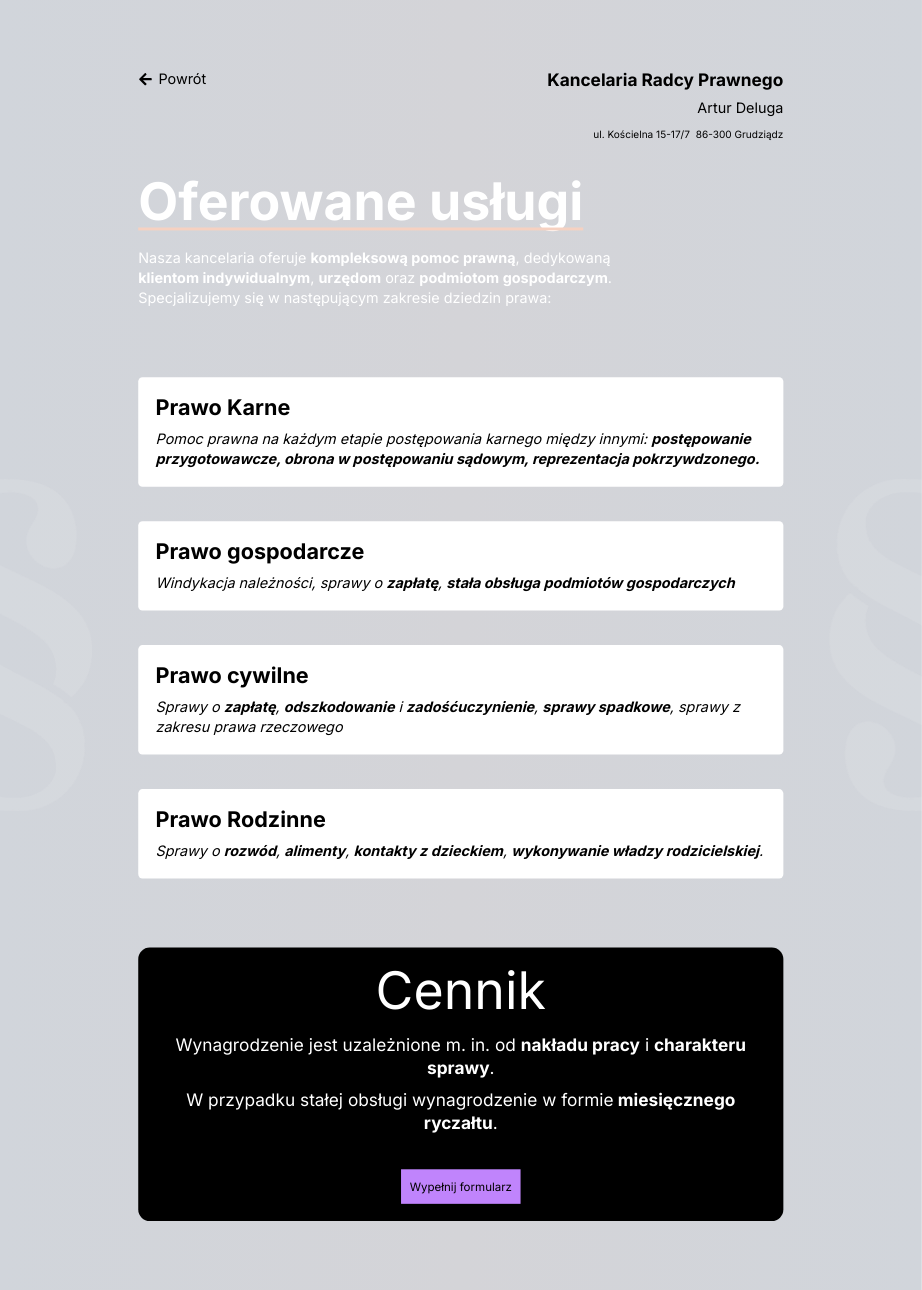
Repository: wesiudev/kancelaria-artur-deluga
Page: /oferta
These files come from the project's save history. The page is drawn as it stood at one moment and after the next save; the edit follows.
The browser window is 1280 px wide. The pictures show the whole page, at 72% of full size.
The project was rebuilt for these pictures with package versions that can differ from the ones it lists, and the page was loaded fresh each time. The framework's server and built-in components were replaced by stand-ins that run in the browser. Also part of the build but not shown: next.config.js.

Above is the page before, as saved 2023-08-09 16:39:24.

### app/layout.tsx
import "./globals.css";
import type { Metadata } from "next";
import { Inter } from "next/font/google";

const inter = Inter({ subsets: ["latin"] });

export const metadata: Metadata = {
  title: "Kancelaria Radcy Prawnego Artur Deluga",
  description:
    "Kancelaria Radcy Prawnego Grudziądz Prawo Karne, Pracwo cywilne, Prawo gospodarcze, Prawo Rodzinne. ul. Kościelna 15-17/7 86-300 Grudziądz. Pomoc prawna na każdym etapie postępowania karnego (postępowanie przygotowawcze, obrona w postępowaniu sądowym, reprezentacja pokrzywdzonego, etc.)",
  viewport: "width=device-width, initial-scale=1",
  icons: {
    icon: "/favicon.png",
  },
};

export default function RootLayout({
  children,
}: {
  children: React.ReactNode;
}) {
  return (
    <html lang="pl" className="scroll-smooth ">
      <body className={inter.className}>{children}</body>
    </html>
  );
}

### app/oferta/page.tsx
"use client";
import Image from "next/image";
import paragraphImage from "@/app/assets/paragraph.png";
import Link from "next/link";
import { FaArrowLeft } from "react-icons/fa";
import { useState } from "react";
const sendContactForm = async (data: any) =>
  fetch("/api/mail", {
    method: "POST",
    body: JSON.stringify(data),
    headers: { "Content-Type": "application/json", Accept: "application/json" },
  }).then((res) => {
    if (!res.ok) throw new Error("Failed to send message");
    return res.json();
  });

export default function OfferMobile() {
  const [isContactOpen, setContactOpen] = useState(false);
  const [firstName, setFirstName] = useState<string>("");
  const [email, setEmail] = useState<string>("");
  const [message, setMessage] = useState<string>("");

  const onSubmit = async () => {
    try {
      await sendContactForm({
        firstName: firstName,
        email: email,
        message: message,
      });
    } catch (error) {}
  };
  return (
    <div className="w-full mx-auto z-[2000] bg-gradient-to-r from-gray-300 via-zinc-300 to-gray-300 overflow-x-hidden text-black">
      <div className="flex flex-col space-x-[100px] min-h-screen items-center py-24">
        <div className="flex flex-col w-[85vw] lg:w-[70vw] 2xl:w-[60vw] min-h-screen justify-center ">
          <Image
            src={paragraphImage}
            alt="Paragraf obrazek w tle"
            width={224}
            height={224}
            className="fixed opacity-10 -left-24 "
          />
          <Image
            src={paragraphImage}
            alt="Paragraf obrazek w tle"
            width={224}
            height={224}
            className="fixed opacity-10 -right-24 rotate-180"
          />
          <div className="flex flex-col justify-between w-full">
            <div className="flex flex-row justify-between">
              <div className="w-1/2">
                <Link
                  className="group flex flex-row items-center mb-12 text-xl w-max"
                  href="/"
                >
                  <FaArrowLeft className="mr-2" />
                  <span className="hover:underline hover:underline-offset-4">
                    {" "}
                    Powrót
                  </span>
                </Link>
              </div>
              <div>
                <h1 className="text-xl lg:text-2xl text-right sm:text-left font-bold">
                  Kancelaria Radcy Prawnego
                </h1>
                <div className="w-full flex justify-end">
                  <h2 className="text-xl mb-12 lg:mb-0 mt-2">Artur Deluga</h2>
                </div>
                <div
                  className={` flex-row space-x-2 text-sm justify-end mt-3 mb-12 hidden lg:flex`}
                >
                  <div>ul. Kościelna 15-17/7</div>
                  <div>86-300 Grudziądz</div>
                </div>
              </div>
            </div>

            <div className=" rounded-2xl  text-white">
              <div className="w-max">
                <h1 className="w-max text-4xl md:text-5xl lg:text-7xl  font-bold">
                  Oferowane usługi
                </h1>
                <div className="h-1 w-full mb-6 bg-rose-200 hue-rotate-30" />
              </div>

              <h2 className="text-left text-xl w-full lg:w-3/4 ">
                Nasza kancelaria oferuje{" "}
                <span className="font-bold"> kompleksową pomoc prawną</span>,
                dedykowaną{" "}
                <span className="font-bold">klientom indywidualnym</span>,{" "}
                <span className="font-bold">urzędom</span> oraz{" "}
                <span className="font-bold">podmiotom gospodarczym</span>.
                Specjalizujemy się w następującym zakresie dziedzin prawa:
              </h2>
            </div>
          </div>
          <div className="relative text-black flex flex-col space-y-12 mt-24">
            <div className="max-h-[50vh] border-0 hover:scale-105 duration-300 hover:bg-opacity-100 cursor-default  rounded-md bg-white  flex flex-col p-6 justify-between">
              <h1 className="text-xl lg:text-3xl font-bold">Prawo Karne</h1>
              <p className="text-sm sm:text-xl mt-3 italic">
                Pomoc prawna na każdym etapie postępowania karnego między
                innymi:{" "}
                <span className="font-bold">
                  postępowanie przygotowawcze, obrona w postępowaniu sądowym,
                  reprezentacja pokrzywdzonego.
                </span>
              </p>
            </div>
            <div className="max-h-[50vh] border-0 hover:scale-105 duration-300 hover:bg-opacity-100 cursor-default  rounded-md bg-white  flex flex-col justify-between p-6">
              <h1 className="text-xl lg:text-3xl font-bold">
                Prawo gospodarcze
              </h1>
              <p className="text-sm sm:text-xl mt-3 italic">
                Windykacja należności, sprawy o{" "}
                <span className="font-bold">zapłatę</span>,{" "}
                <span className="font-bold">
                  stała obsługa podmiotów gospodarczych
                </span>
              </p>
            </div>

            <div className="max-h-[50vh] border-0 hover:scale-105 duration-300 hover:bg-opacity-100 cursor-default rounded-md bg-white  flex flex-col p-6 justify-between">
              <h1 className="text-xl lg:text-3xl font-bold">Prawo cywilne</h1>
              <p className="text-sm sm:text-xl mt-3 italic">
                Sprawy o <span className="font-bold">zapłatę</span>,{" "}
                <span className="font-bold">odszkodowanie</span> i{" "}
                <span className="font-bold">zadośćuczynienie</span>,{" "}
                <span className="font-bold">sprawy spadkowe</span>, sprawy z
                zakresu prawa rzeczowego
              </p>
            </div>
            <div className="max-h-[50vh] border-0 hover:scale-105 duration-300 hover:bg-opacity-100 cursor-default rounded-md  bg-white  flex flex-col p-6 justify-between">
              <h1 className="text-xl lg:text-3xl font-bold">Prawo Rodzinne</h1>
              <p className="text-sm sm:text-xl mt-3 italic">
                Sprawy o <span className="font-bold">rozwód</span>,{" "}
                <span className="font-bold">alimenty</span>,{" "}
                <span className="font-bold">kontakty z dzieckiem</span>,{" "}
                <span className="font-bold">
                  wykonywanie władzy rodzicielskiej
                </span>
                .
              </p>
            </div>
          </div>
          <div className="text-white flex flex-col h-max my-auto px-3 lg:px-12  text-center relative w-full mt-12  lg:mx-auto lg:mt-24 bg-black  lg:py-6 rounded-2xl">
            <h1 className="text-5xl lg:text-7xl ">Cennik</h1>
            <p className="mt-6 text-base lg:text-2xl">
              Wynagrodzenie jest uzależnione m. in. od{" "}
              <span className="font-bold"> nakładu pracy</span> i{" "}
              <span className="font-bold">charakteru sprawy</span>.
            </p>
            <p className="mt-3 text-sm lg:text-2xl">
              W przypadku stałej obsługi wynagrodzenie w formie
              <span className="font-bold"> miesięcznego ryczałtu</span>.
            </p>
            <button
              onClick={() => setContactOpen(true)}
              className=" p-3 bg-purple-400 hover:bg-purple-300 duration-300 text-black mt-12 w-max mx-auto"
            >
              Wypełnij formularz
            </button>
          </div>
          <div
            className={` flex-row space-x-2 text-sm justify-center mt-12 flex lg:hidden z-[1000]`}
          >
            <div>ul. Kościelna 15-17/7</div>
            <div>86-300 Grudziądz</div>
          </div>
        </div>
      </div>
      <div
        className={`w-[80vw] fixed left-[50%] -translate-x-[50%] top-[50%] -translate-y-[50%] bg-gradient-to-bl from-black to-zinc-800 lg:w-max h-max px-12 rounded-3xl py-6 duration-300 ${
          isContactOpen ? "z-[2000] opacity-100" : "z-[-1000] opacity-0"
        }`}
      >
        <h1 className="text-3xl text-center">Kontakt</h1>

        <div className="flex flex-col space-y-3 mt-6 lg:mt-12">
          <div className="flex flex-col lg:flex-row lg:space-x-3">
            <div className="flex flex-col">
              Imię{" "}
              <input
                onChange={(e) => setFirstName(e.target.value)}
                value={firstName}
                id="fName"
                type="text"
                className="mt-2 text-black"
              />
            </div>
            <div className="flex flex-col mt-3 lg:mt-0">
              Email{" "}
              <input
                onChange={(e) => setEmail(e.target.value)}
                value={email}
                type="text"
                className="mt-2 text-black"
              />
            </div>
          </div>
          <div className="flex flex-col mt-2">
            Treść{" "}
            <textarea
              onChange={(e) => setMessage(e.target.value)}
              value={message}
              className="h-full resize-none text-black"
            ></textarea>
          </div>
        </div>
        <div className="w-full flex space-x-3">
          <button
            onClick={() => setContactOpen(false)}
            className="w-1/2 hover:underline py-2 mt-8"
          >
            Powrót
          </button>
          <button
            onClick={onSubmit}
            className="w-1/2 bg-purple-400 hover:bg-purple-300 duration-300 py-2 mt-8"
          >
            Wyślij
          </button>
        </div>
      </div>
    </div>
  );
}

### app/globals.css
@tailwind base;
@tailwind components;
@tailwind utilities;

:root {
  --foreground-rgb: 0, 0, 0;
  --background-start-rgb: 214, 219, 220;
  --background-end-rgb: 255, 255, 255;
}

@media (prefers-color-scheme: dark) {
  :root {
    --foreground-rgb: 255, 255, 255;
    --background-start-rgb: 0, 0, 0;
    --background-end-rgb: 0, 0, 0;
  }
}

body {
  color: rgb(var(--foreground-rgb));
  background: linear-gradient(
      to bottom,
      transparent,
      rgb(var(--background-end-rgb))
    )
    rgb(var(--background-start-rgb));
}

.expand {
  position: relative;
  text-decoration: none;
  display: inline-block;
}
.expand:after {
  display: block;
  content: "";
  border-bottom: solid 3px white;
  transform: scaleX(0);
  transition: transform 250ms ease-in-out;
  transform-origin: 100% 50%;
}
.expand:hover:after {
  transform: scaleX(1);
  transform-origin: 0 50%;
}

.caps {
  font-variant: small-caps;
}
html {
  scroll-behavior: smooth;
  color: #1a1a1a;
}

Loaded but not shown: tailwind.config.js (common file)

After the next save:
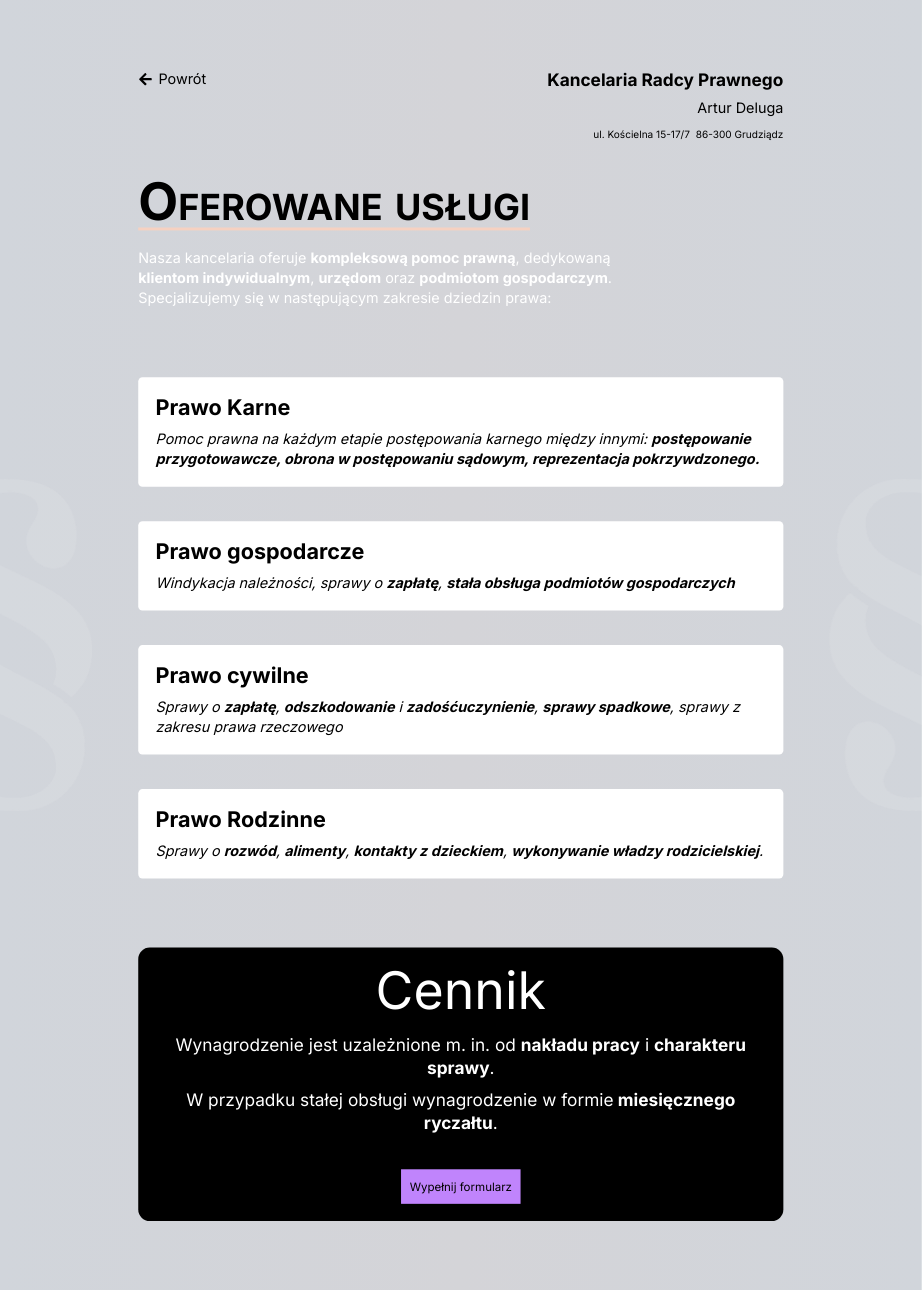
Saved 32 s later.
--- a/app/oferta/page.tsx
+++ b/app/oferta/page.tsx
@@ -79,7 +79,7 @@ export default function OfferMobile() {
 
             <div className=" rounded-2xl  text-white">
               <div className="w-max">
-                <h1 className="w-max text-4xl md:text-5xl lg:text-7xl  font-bold">
+                <h1 className="w-max text-4xl md:text-5xl lg:text-7xl text-black caps font-bold">
                   Oferowane usługi
                 </h1>
                 <div className="h-1 w-full mb-6 bg-rose-200 hue-rotate-30" />
